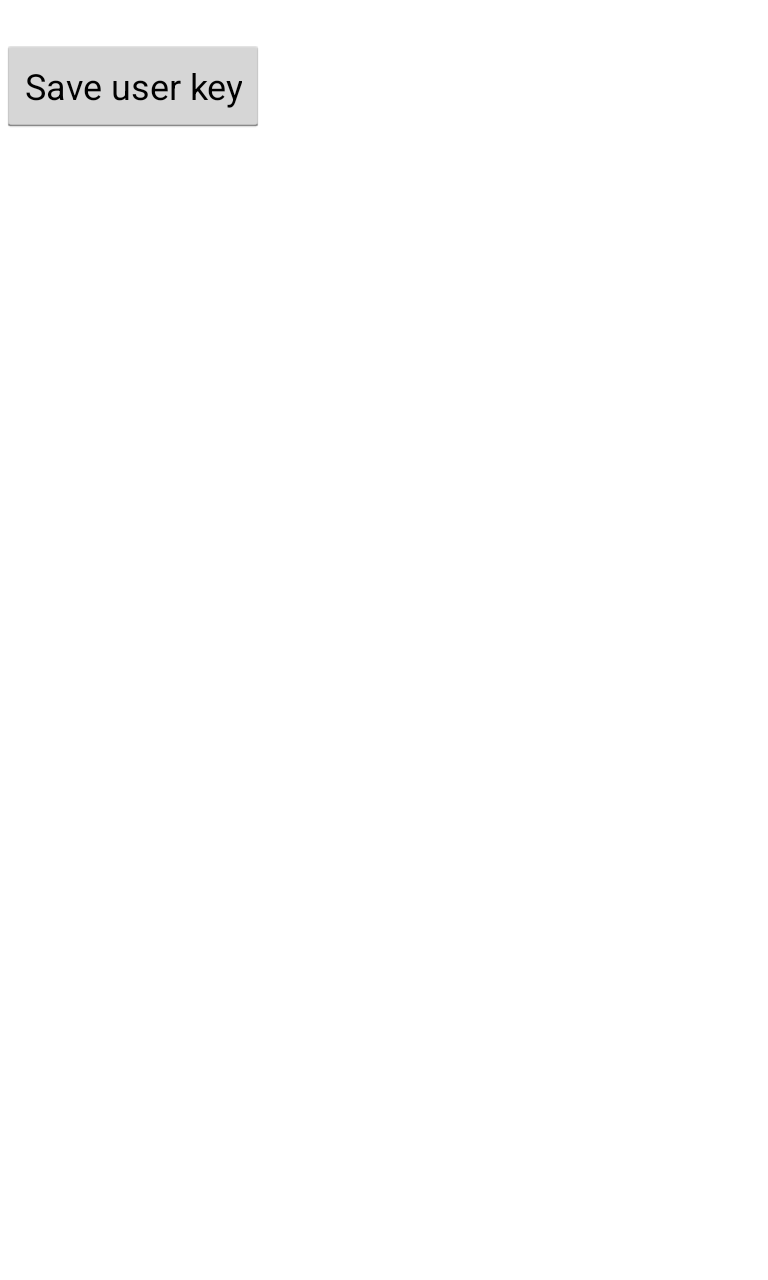
Repository: harvard-lil/wtwba-android-app
Layout: wtwba/res/layout/activity_delete_item.xml
An editor plug-in stored every save of this project. The layout is shown before and after the next save, followed by the edit.
It is drawn on a 768 x 1280 px phone screen (xhdpi) without system bars, with theme AppTheme; the app's code is not run.

Above is the layout before, as saved 2013-03-11 21:08:26.

After the next save:
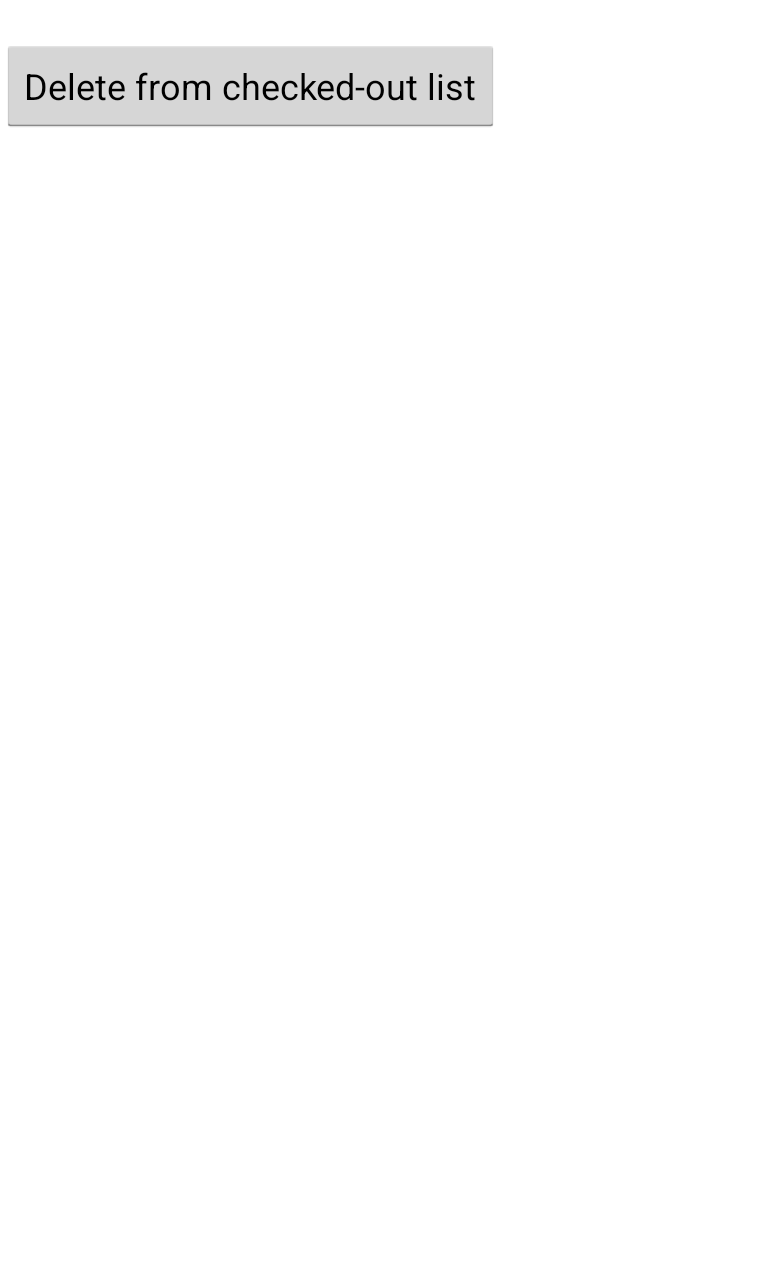
Saved 5 s later.
--- a/wtwba/res/layout/activity_delete_item.xml
+++ b/wtwba/res/layout/activity_delete_item.xml
@@ -12,11 +12,9 @@
         android:layout_height="wrap_content"
          />
 
-
-
     <Button
         android:layout_width="wrap_content"
         android:layout_height="wrap_content"
-        android:text="@string/button_save_user_name"
-        android:onClick="setUsername" />
+        android:text="@string/button_confirm_delete"
+        android:onClick="deleteItems" />
 </LinearLayout>
